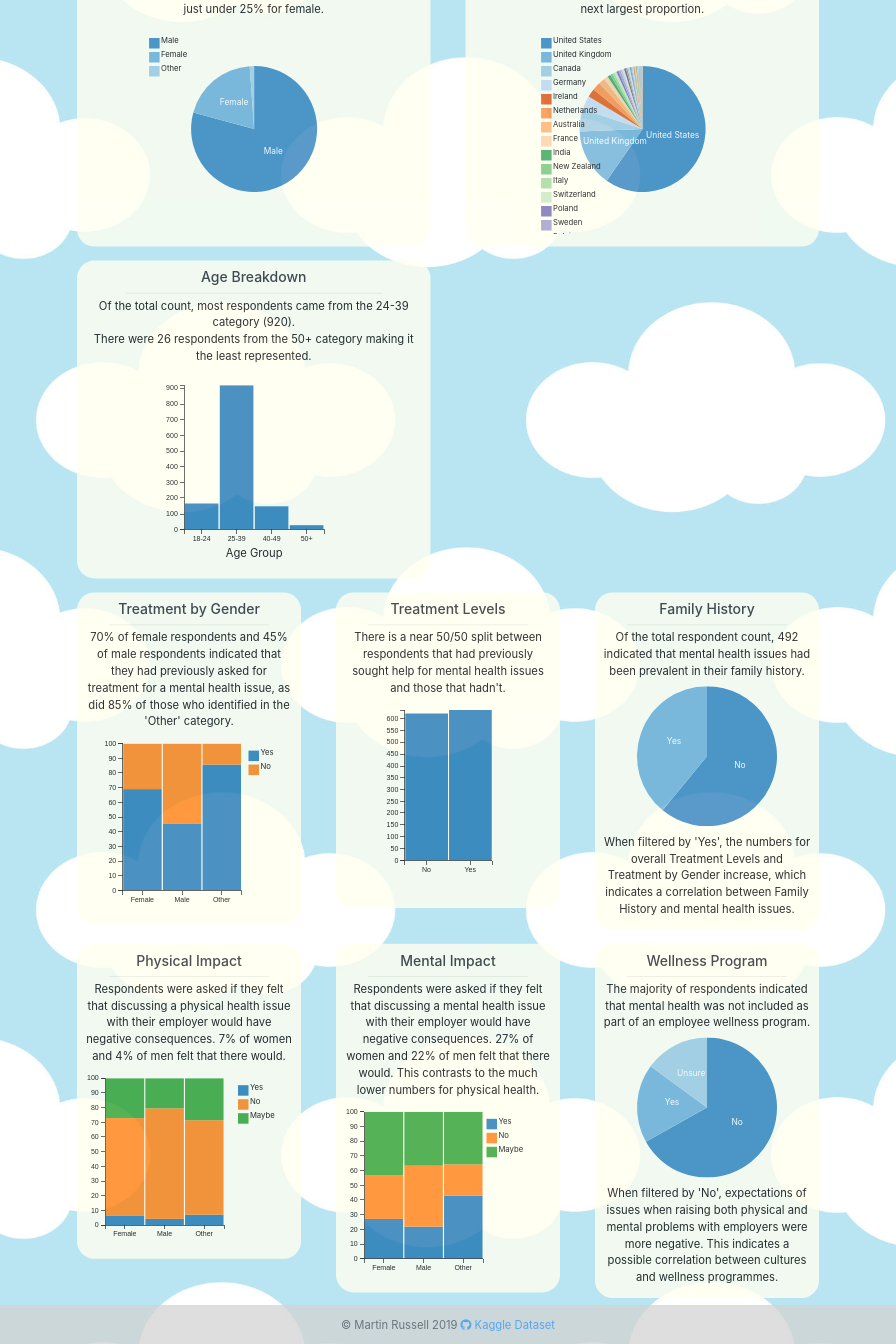
Repository: martingr1/mhdashboard
Page: index.html
The author's editor kept a record of every edit. The page is drawn from the files as they stood at one moment, then again after the next edit.
The browser window is 1280 px wide. The pictures show the part of the page from y = 806 to 2726 px (the page is 2726 px tall before and 2678 px after), at 70% of full size.
Some web libraries are served in a nearby version.

Above is the page before.

After the next edit:
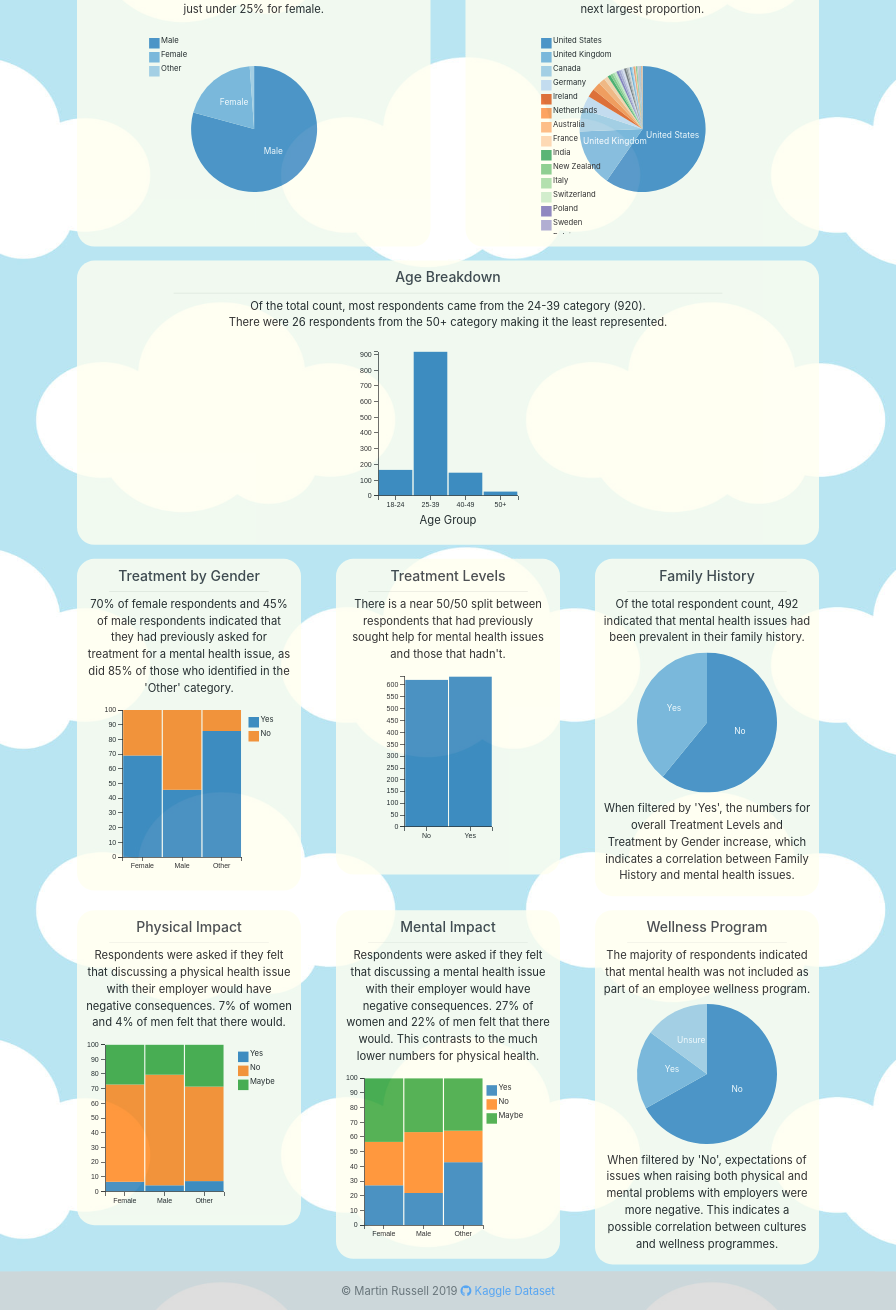
The edit:
--- a/index.html
+++ b/index.html
@@ -131,7 +131,7 @@
                 </div>
             </div>
 
-            <div class="col-xs-12 col-sm-12 col-md-6">
+            <div class="col-xs-12 col-sm-12 col-md-12">
                 <div class="content-box">
                     <h5 class="header">Age Breakdown</h5>
                     <hr class="line">
